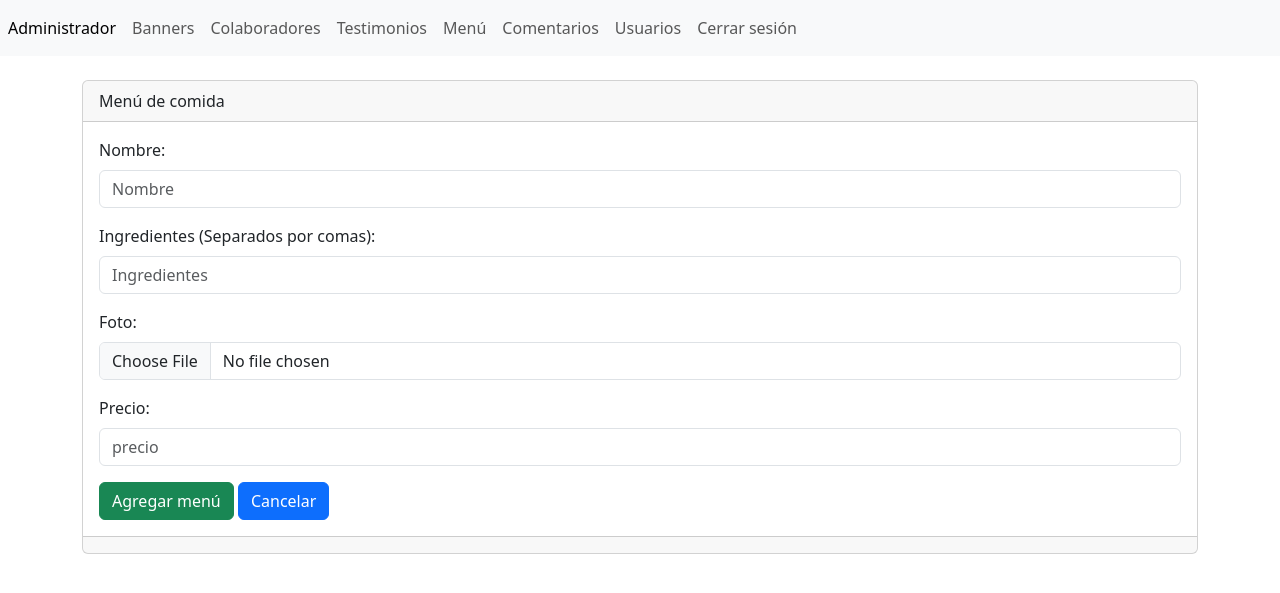
Repository: salextros/Restaurant-Project-PHP-MySQL
Page: http://localhost/TRABAJO_FINAL/restaurant/admin/seccion/menu/crear.php
These files come from the project's save history. The page is drawn as it stood at one moment and after the next save; the edit follows.
The browser window is 1280 px wide. The pictures show the whole page.
The page is run by PHP 8.4 with error messages shown; the project is at /var/www/html/.

Above is the page before, as saved 2026-02-02 22:56:05.

### restaurant/admin/seccion/menu/crear.php
<?php
include("../../bd.php");
if($_POST){
    print_r($_POST);

    $nombre = (isset($_POST["nombre"])) ?$_POST["nombre"]:"";
    $ingredientes = (isset($_POST["ingredientes"])) ?$_POST["ingredientes"]:"";
    $precio = (isset($_POST["precio"])) ?$_POST["precio"]:"";

    $sentencia=$conexion->prepare("INSERT INTO `tbl_menu` (`ID`, `nombre`, `ingredientes`, `foto`, `precio`) VALUES (NULL, :nombre,:ingredientes,:'foto.jpg',:precio);");

    $sentencia->bindParam(":nombre",$nombre);
    $sentencia->bindParam(":ingredientes",$ingredientes);
    $sentencia->bindParam(":precio",$precio);

    $sentencia->execute();


}


include ("../../templates/header.php");?>
<br/>
<div class="card">
    <div class="card-header">Menú de comida</div>
    <div class="card-body">
        <form action="" method="post" enctype="multipart/form-data">

           <div class="mb-3">
            <label for="nombre" class="form-label">Nombre:</label>
            <input type="text"
                class="form-control" name="nombre" id="nombre" aria-describedby="helpId" placeholder="Nombre"/>
           </div>

            <div class="mb-3">
                <label for="ingredientes" class="form-label">Ingredientes (Separados por comas):</label>
                <input type="text"
                    class="form-control" name="ingredientes" id="ingredientes" aria-describedby="helpId" placeholder="Ingredientes" />
            </div>

            <div class="mb-3">
                <label for="foto" class="form-label">Foto:</label>
                <input type="file" class="form-control" name="foto" id="foto" placeholder="" aria-describedby="fileHelpId" />
            </div>

            <div class="mb-3">
                <label for="precio" class="form-label">Precio:</label>
                <input type="text"
                    class="form-control" name="precio" id="precio" aria-describedby="helpId" placeholder="precio" />
            </div>

                <button type="submit" class="btn btn-success">Agregar menú</button>
                <a name="" id="" class="btn btn-primary" href="index.php" role="button">Cancelar</a>




        </form>
    </div>
    <div class="card-footer text-muted"></div>
</div>



<?php include ("../../templates/footer.php");?>

### restaurant/admin/bd.php
<?php

$servidor="localhost";
$baseDatos="restaurante";
$usuario="root";
$contraseña="";

try{

    $conexion=new PDO("mysql:host=$servidor;dbname=$baseDatos",$usuario,$contraseña);


}catch(Exception $error){
    echo $error ->getMessage();
}

?>

### restaurant/admin/templates/header.php
<?php
$url_base = "http://localhost/TRABAJO_FINAL/restaurant/admin/";
?>
<!doctype html>
<html lang="en">

    <head>
        <title>Administrador del sitio web </title>
        <!-- Required meta tags -->
        <meta charset="utf-8" />
        <meta
            name="viewport"
            content="width=device-width, initial-scale=1, shrink-to-fit=no"
        />

        <!-- Bootstrap CSS v5.2.1 -->
        <link
            href="https://cdn.jsdelivr.net/npm/bootstrap@5.3.2/dist/css/bootstrap.min.css"
            rel="stylesheet"
            integrity="sha384-T3c6CoIi6uLrA9TneNEoa7RxnatzjcDSCmG1MXxSR1GAsXEV/Dwwykc2MPK8M2HN"
            crossorigin="anonymous"
        />
    </head>

    <body>
        <header>
            <!-- place navbar here -->
            <nav class="navbar navbar-expand navbar-light bg-light">
                <div class="nav navbar-nav">
                    <a class="nav-item nav-link active" href="#" aria-current="page">Administrador<span class="visually-hidden">(current)</span></a>

                    <a class="nav-item nav-link" href="<?php echo $url_base;?>seccion/banners">Banners</a>
                    <a class="nav-item nav-link" href="<?php echo $url_base;?>seccion/colaboradores">Colaboradores</a>
                    <a class="nav-item nav-link" href="<?php echo $url_base;?>seccion/testimonios">Testimonios</a>
                    <a class="nav-item nav-link" href="<?php echo $url_base;?>seccion/menu">Menú</a>
                    <a class="nav-item nav-link" href="<?php echo $url_base;?>seccion/comentarios">Comentarios</a>
                    <a class="nav-item nav-link" href="<?php echo $url_base;?>seccion/usuarios">Usuarios</a>
                    <a class="nav-item nav-link" href="#">Cerrar sesión</a>

                </div>
            </nav>


        </header>
        <main>
        <section class="container">

### restaurant/admin/templates/footer.php
        </section>
        </main>
        <footer>
            <!-- place footer here -->
        </footer>
        <!-- Bootstrap JavaScript Libraries -->
        <script
            src="https://cdn.jsdelivr.net/npm/@popperjs/core@2.11.8/dist/umd/popper.min.js"
            integrity="sha384-I7E8VVD/ismYTF4hNIPjVp/Zjvgyol6VFvRkX/vR+Vc4jQkC+hVqc2pM8ODewa9r"
            crossorigin="anonymous"
        ></script>

        <script
            src="https://cdn.jsdelivr.net/npm/bootstrap@5.3.2/dist/js/bootstrap.min.js"
            integrity="sha384-BBtl+eGJRgqQAUMxJ7pMwbEyER4l1g+O15P+16Ep7Q9Q+zqX6gSbd85u4mG4QzX+"
            crossorigin="anonymous"
        ></script>
    </body>
</html>

After the next save:
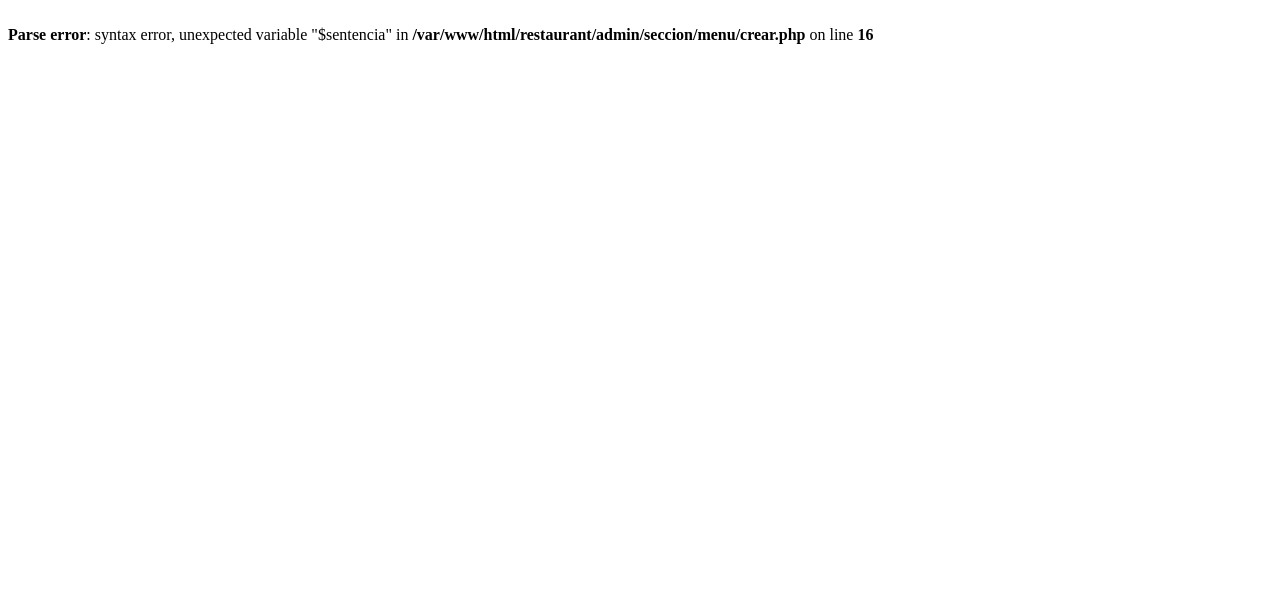
Saved 24 s later.
--- a/restaurant/admin/seccion/menu/crear.php
+++ b/restaurant/admin/seccion/menu/crear.php
@@ -11,7 +11,7 @@
 
     $sentencia->bindParam(":nombre",$nombre);
     $sentencia->bindParam(":ingredientes",$ingredientes);
-    $sentencia->bindParam(":precio",$precio);
+    $sentencia->bindParam(":precio",$precio)
 
     $sentencia->execute();
 

After the save that followed:
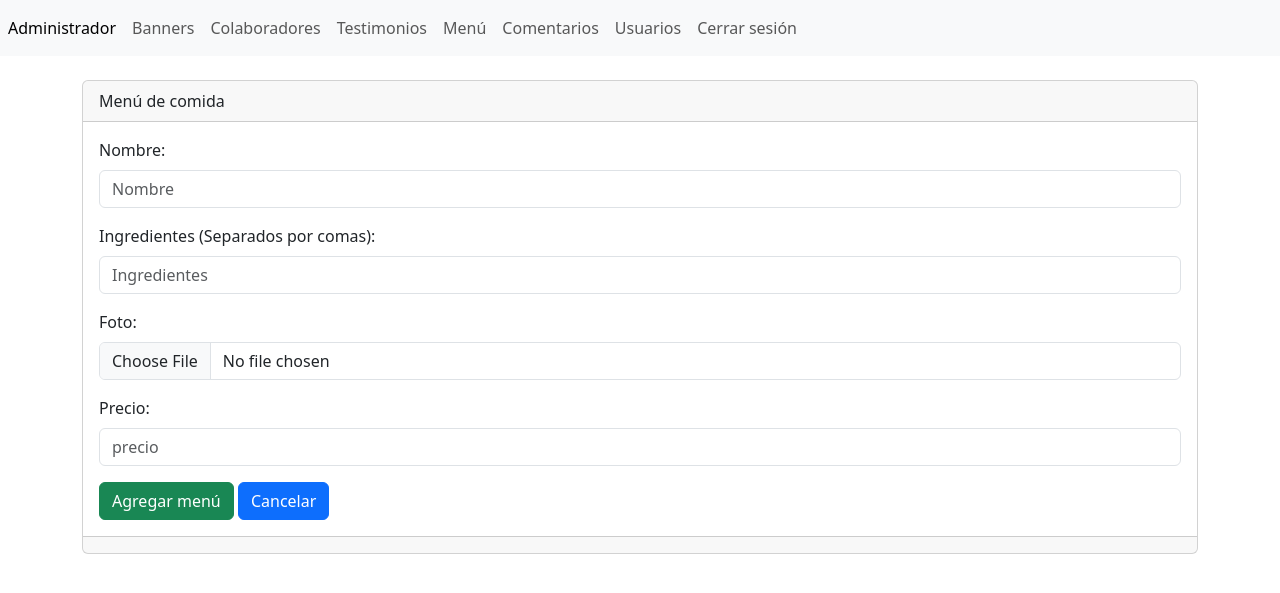
Saved 38 s later.
--- a/restaurant/admin/seccion/menu/crear.php
+++ b/restaurant/admin/seccion/menu/crear.php
@@ -11,7 +11,7 @@
 
     $sentencia->bindParam(":nombre",$nombre);
     $sentencia->bindParam(":ingredientes",$ingredientes);
-    $sentencia->bindParam(":precio",$precio)
+    $sentencia->bindParam(":precio",$precio);
 
     $sentencia->execute();
 
